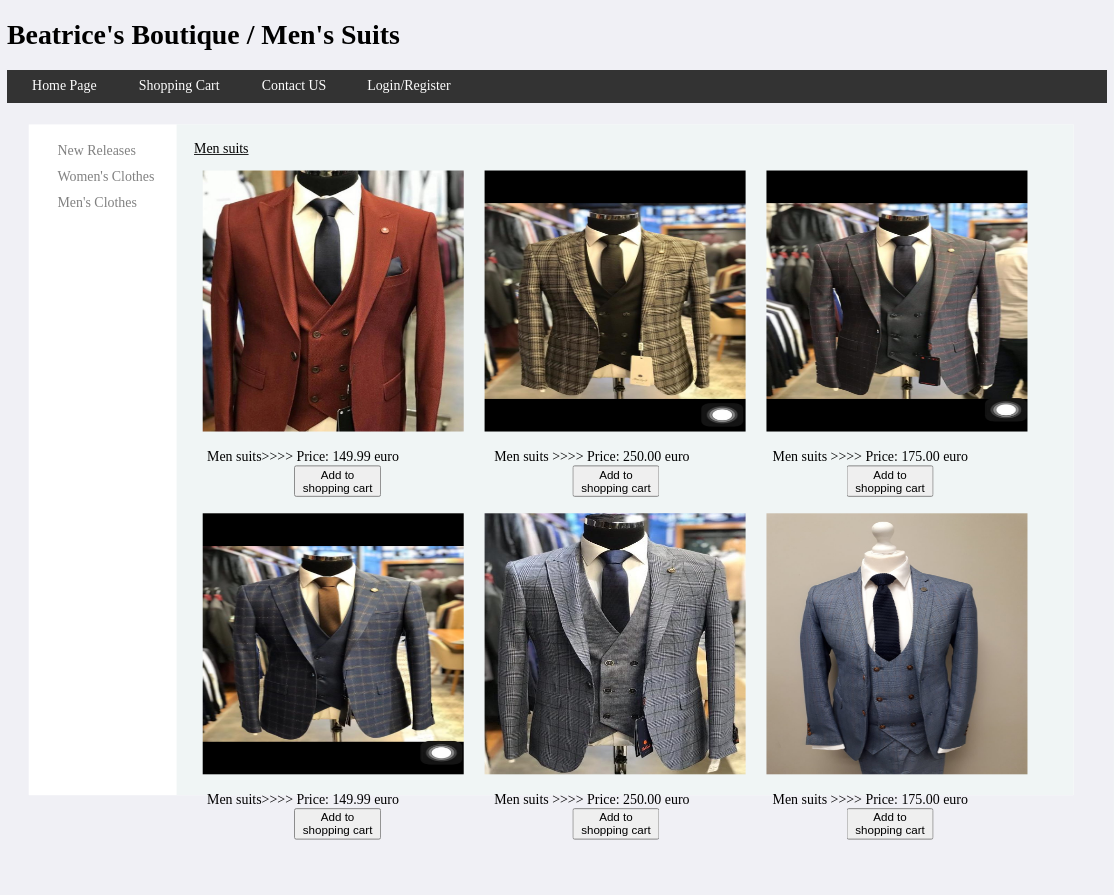
Repository: IosifDobos/Beatrice-Boutique
Page: BeatriceBoutique/Java/WorkSpace/BeatriceBoutique/WebContent/mensClothes.html
These files come from the project's save history. The page is drawn as it stood at one moment and after the next save; the edit follows.
The browser window is 1280 px wide. The pictures show the whole page, at 87% of full size.

Above is the page before, as saved 2018-12-05 14:27:39.

After the next save:
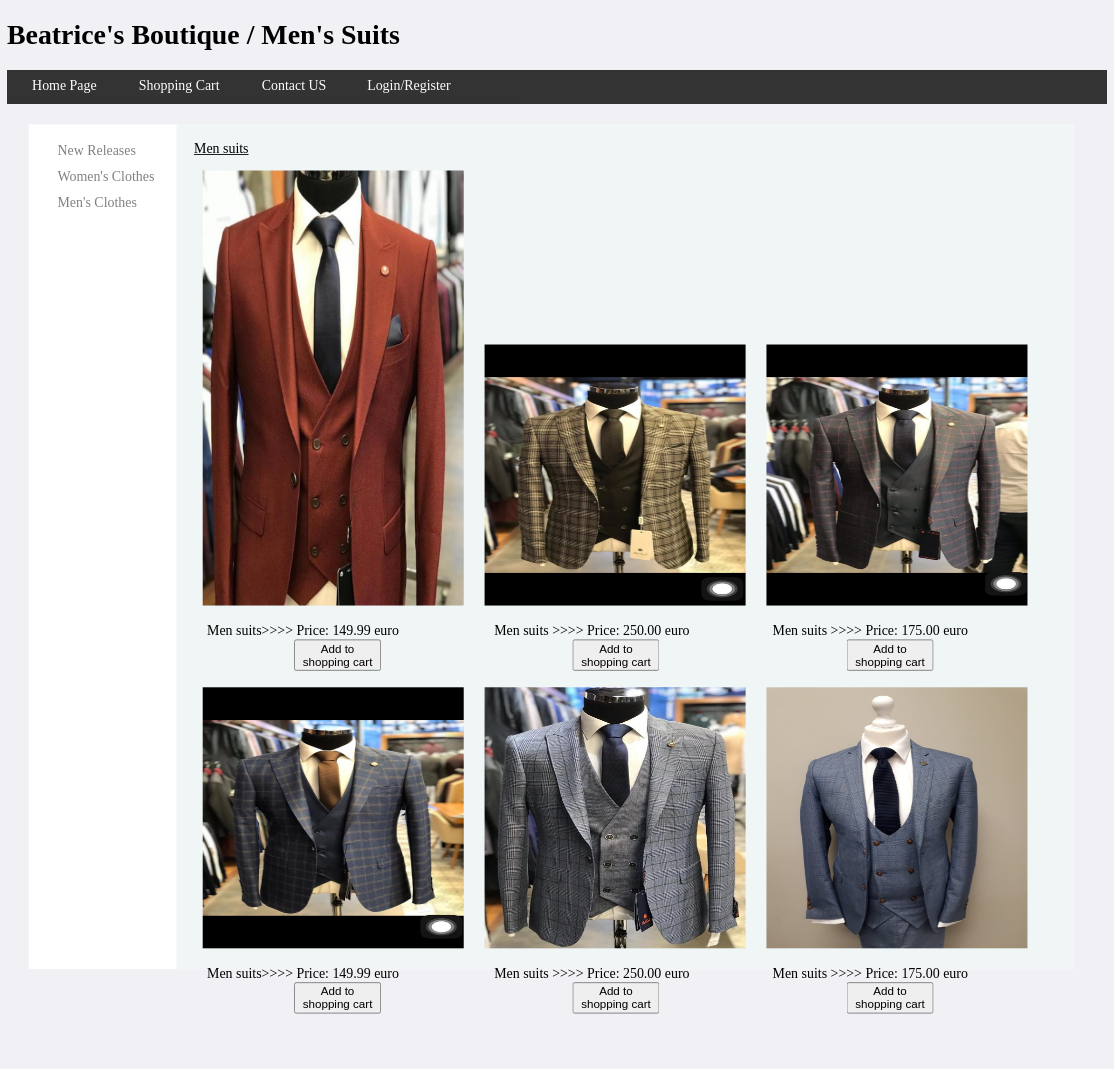
Saved 8 s later.
--- a/BeatriceBoutique/Java/WorkSpace/BeatriceBoutique/WebContent/mensClothes.html
+++ b/BeatriceBoutique/Java/WorkSpace/BeatriceBoutique/WebContent/mensClothes.html
@@ -28,7 +28,7 @@
 		<div id="right-side">
 			<p><u>Men suits</u></p>
 
-			<img alt="dress" src="mens-img/download.jpeg" width="300" height="300" style="margin-left: 10px;">
+			<img alt="dress" src="mens-img/download.jpeg" width="300" height="500" style="margin-left: 10px;">
 
 			<img alt="dress1" src="mens-img/Fatih_Grey+Check-Black.jpg" width="300" height="300" style="margin-left: 20px;">
 
